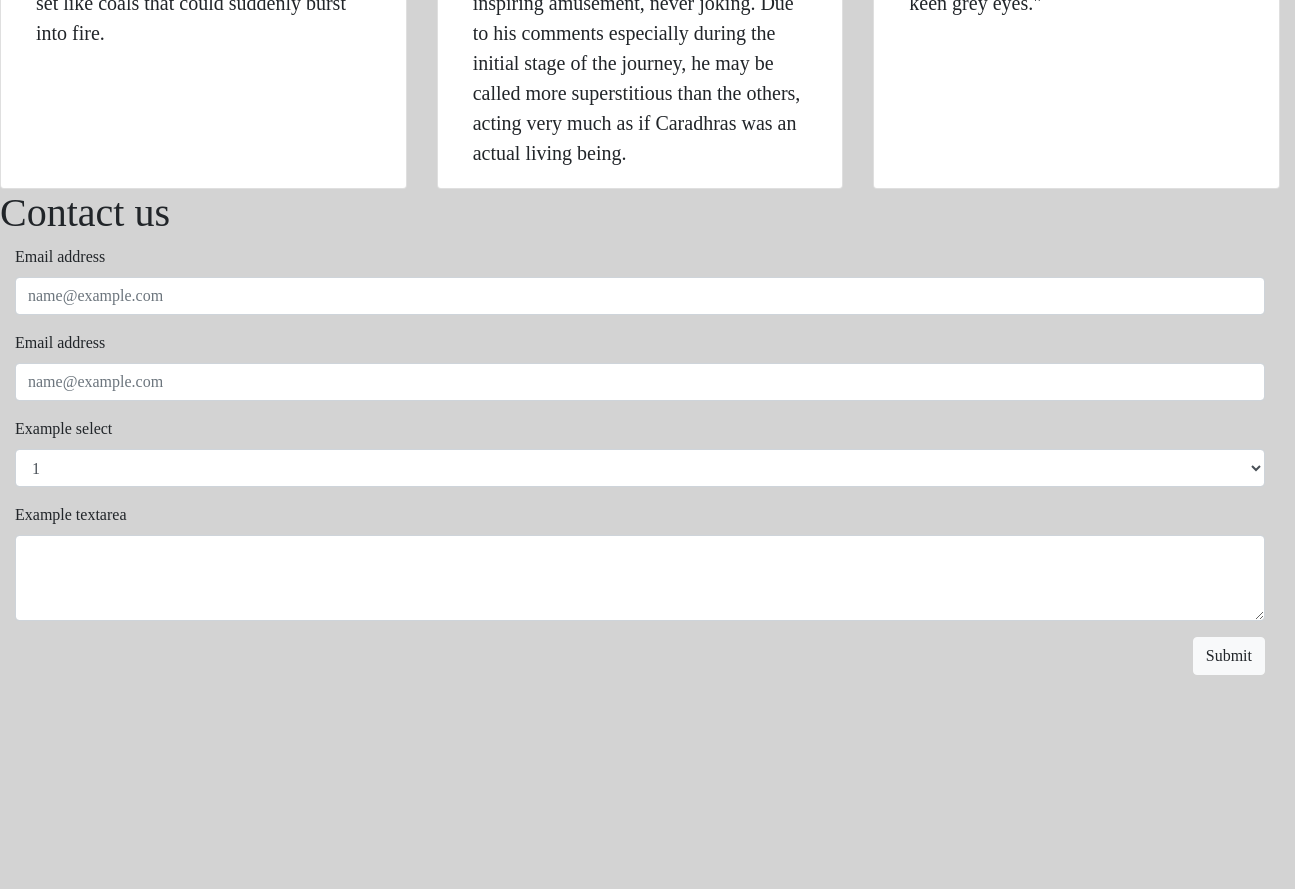
Repository: Khaleddwm/FindThePrecious
Page: index.html
The author's editor kept a copy of each file at every save. The page is drawn from the files as they stood at one save, then again after the next save.
The browser window is 1280 px wide. The page is 1295 px wide, so the pictures cover 1295 px, including what lies to the right of the window. The pictures show the part of the page from y = 1671 to 2595 px (the page is 2560 px tall before and 2610 px after).
Some web fonts or font styles are not loaded; a fallback is used.

Above is the page before, as saved 2020-05-24 21:43:41.

### index.html
<!DOCTYPE html>
<html lang="en">
<head>
    <meta charset="UTF-8">
    <meta name="viewport" content="width=device-width, initial-scale=1.0">
    <title>FindThePrecious</title>
    <link href="https://fonts.googleapis.com/css2?family=Bad+Script&display=swap" rel="stylesheet">
    <!-- CSS only -->
    <link rel="stylesheet" href="https://stackpath.bootstrapcdn.com/bootstrap/4.5.0/css/bootstrap.min.css" integrity="sha384-9aIt2nRpC12Uk9gS9baDl411NQApFmC26EwAOH8WgZl5MYYxFfc+NcPb1dKGj7Sk" crossorigin="anonymous">
    <link rel="stylesheet" href="style.css">
    <!-- JS, Popper.js, and jQuery -->
    <script src="https://code.jquery.com/jquery-3.5.1.slim.min.js" integrity="sha384-DfXdz2htPH0lsSSs5nCTpuj/zy4C+OGpamoFVy38MVBnE+IbbVYUew+OrCXaRkfj" crossorigin="anonymous"></script>
    <script src="https://cdn.jsdelivr.net/npm/popper.js@1.16.0/dist/umd/popper.min.js" integrity="sha384-Q6E9RHvbIyZFJoft+2mJbHaEWldlvI9IOYy5n3zV9zzTtmI3UksdQRVvoxMfooAo" crossorigin="anonymous"></script>
    <script src="https://stackpath.bootstrapcdn.com/bootstrap/4.5.0/js/bootstrap.min.js" integrity="sha384-OgVRvuATP1z7JjHLkuOU7Xw704+h835Lr+6QL9UvYjZE3Ipu6Tp75j7Bh/kR0JKI" crossorigin="anonymous"></script>
</head>
<body>
    <nav class="navbar navbar-expand-sm navbar-dark bg-dark">
        <a href"index.html" class="titleNav navbar-brand">FindThePrecious.com</a>
        <button class="navbar-toggler" data-toggle="collapse" data-target="#navbarMenu">
            <span class="navbar-toggler-icon"></span>
        </button>
        <div class="collapse navbar-collapse" id="navbarMenu">
            <ul class="navbar-nav">
                <li class="nav-item">
                    <a href="#" class="nav-link">Fellows</a>
                </li>
                <li>
                    <a href="#" class="nav-link">Contact us</a>
                </li>
            </ul>
        </div>
    </nav>
    <div id="carouselControls" class="carousel slide" data-ride="carousel">
        <div class="carousel-inner">
            <div class="carousel-caption d-none d-block">
                <h1>Dangerous fellowship try to destroy the ring</h1>
                <p>Orcs, Goblins, Balrogs, protect your master Sauron !</p>
            </div>
            <div class="carousel-item active">
                <img class="d-block w-100" src="https://img.phonandroid.com/2018/04/seigneur-des-anneaux.jpg" alt="First slide">
            </div>
            <div class="carousel-item">
                <img class="d-block w-100" src="https://www.journaldugeek.com/content/uploads/2019/07/lord-of-the-rings-gollum-new-lotr-stealth-game-coming-2021-from-daedalic-entertainment-767717.jpg" alt="Second slide">
            </div>
            <div class="carousel-item">
                <img class="d-block w-100" src="https://static.fnac-static.com/multimedia/Images/FD/Comete/123445/CCP_IMG_ORIGINAL/1608701.jpg" alt="Third slide">
            </div>
        </div>
        <a class="carousel-control-prev" href="#carouselControls" role="button" data-slide="prev">
            <span class="carousel-control-prev-icon" aria-hidden="true"></span>
            <span class="sr-only">Previous</span>
        </a>
        <a class="carousel-control-next" href="#carouselControls" role="button" data-slide="next">
            <span class="carousel-control-next-icon" aria-hidden="true"></span>
            <span class="sr-only">Next</span>
        </a>
    </div>
    <div class="wanted">
        <div class="wanted-title">
            <h1>Fellows wanted dead (or alive if you want to eat them later)</h1>
        </div>
        <div class="card-deck">
            <div class="card col-xs-12 col-md-4">
                <img src="https://kr4v3n.github.io/Sauron/img/gandalf.png" class="card-img-top" alt="Gandalf">
                <div class="living card-img-overlay">
                    <h2>Reward 1000 gold coins</h2>
                </div>
                <div class="card-body">
                    <h2 class="card-title">Gandalf</h2>
                    <p class="card-text">
                        Gandalf was shorter in stature than the other two; but his long white hair,
                        his sweeping silver beard, and his broad shoulders, made him look like some wise king of ancient legend.
                        In his aged face under great snowy brows his eyes were set like coals that could suddenly burst into fire.
                    </p>
                </div>
            </div>
            <div class="card col-xs-12 col-md-4">
                <img src="https://kr4v3n.github.io/Sauron/img/gimli.png" class="card-img-top" alt="Gimli">
                <div class="dead card-img-overlay">
                    <h2>DEAD</h2>
                </div>
                <div class="card-body">
                    <h2 class="card-title">Gimli</h2>
                    <p class="card-text">
                        Gimli throughout the War showed perhaps the greatest open contempt for Sauron and his minions, save possibly Boromir.
                        He was a grim character, for the most part, laughing only occasionally and, though in a few rare situations inspiring amusement,
                        never joking. Due to his comments especially during the initial stage of the journey, he may be called more superstitious than the others,
                        acting very much as if Caradhras was an actual living being.
                    </p>
                </div>
            </div>
            <div class="card col-xs-12 col-md-4">
                <img src="https://kr4v3n.github.io/Sauron/img/aragorn.png" class="card-img-top" alt="Aragorn">
                <div class="living card-img-overlay">
                    <h2>Reward 250 gold coins</h2>
                </div>
                <div class="card-body">
                    <h2 class="card-title">Aragorn</h2>
                    <p class="card-text">
                        An artist's conception of Aragorn at The Prancing Pony Tolkien gives
                        a brief but detailed description of him in The Lord of the Rings: lean, dark, tall, with
                        "a shaggy head of dark hair flecked with grey, and in a pale stern face a pair of keen grey eyes."
                    </p>
                </div>
            </div>
        </div>
    </div>
    <div class="form">
        <h1>Contact us</h1>
        <form class="container-fluid">
            <div class="form-group">
                <label for="email">Email address</label>
                <input type="email" class="form-control" id="email" placeholder="name@example.com">
            </div>
            <div class="form-group">
                <label for="email">Email address</label>
                <input type="email" class="form-control" id="email" placeholder="name@example.com">
            </div>
            <div class="form-group">
                <label for="select">Example select</label>
                <select class="form-control" id="select">
                    <option>1</option>
                    <option>2</option>
                    <option>3</option>
                    <option>4</option>
                    <option>5</option>
                </select>
            </div>
            <div class="form-group">
                <label for="textarea">Example textarea</label>
                <textarea class="form-control" id="textarea" rows="3"></textarea>
            </div>
            <div class="form-group">
                <button type="submit" class="btn btn-light" id="submit">Submit</button>
            </div>
        </form>
    </div>
</body>
</html>

### style.css
body {
    font-family: 'Bad Script', cursive;
    background-color: lightgrey;
    margin-bottom: 100px;
}

#navbarMenu, .titleNav {
    font-size: 30px;
}

.navbar {
    overflow: hidden;
    position: fixed; /* Set the navbar to fixed position */
    top: 0; /* Position the navbar at the top of the page */
    width: 100%; /* Full width */
    z-index: 1000;
}

/* Change background on mouse-over */
#navbarMenu a:hover {
    background: lightgray;
    color: black;
}

#carouselControls {
    margin-top: 60px;
}

p {
    font-size: 20px;
}

img {
    width: auto;
    height: 600px;
}

.wanted-title {
    text-align: center;
    margin: 50px;
}
/* hover for living */
.living h2 {
    background-color: lightgray;
}

.living {
    opacity: 0;
}

.living:hover {
    opacity: 1;
    text-align: center;
}

/* hover for dead */
.dead {
    opacity: 0;
}

.dead:hover {
    opacity: 1;
    text-align: center;
    background-color: lightgray;
}

button {
    float: right;
}

.form-group {

}

After the next save:
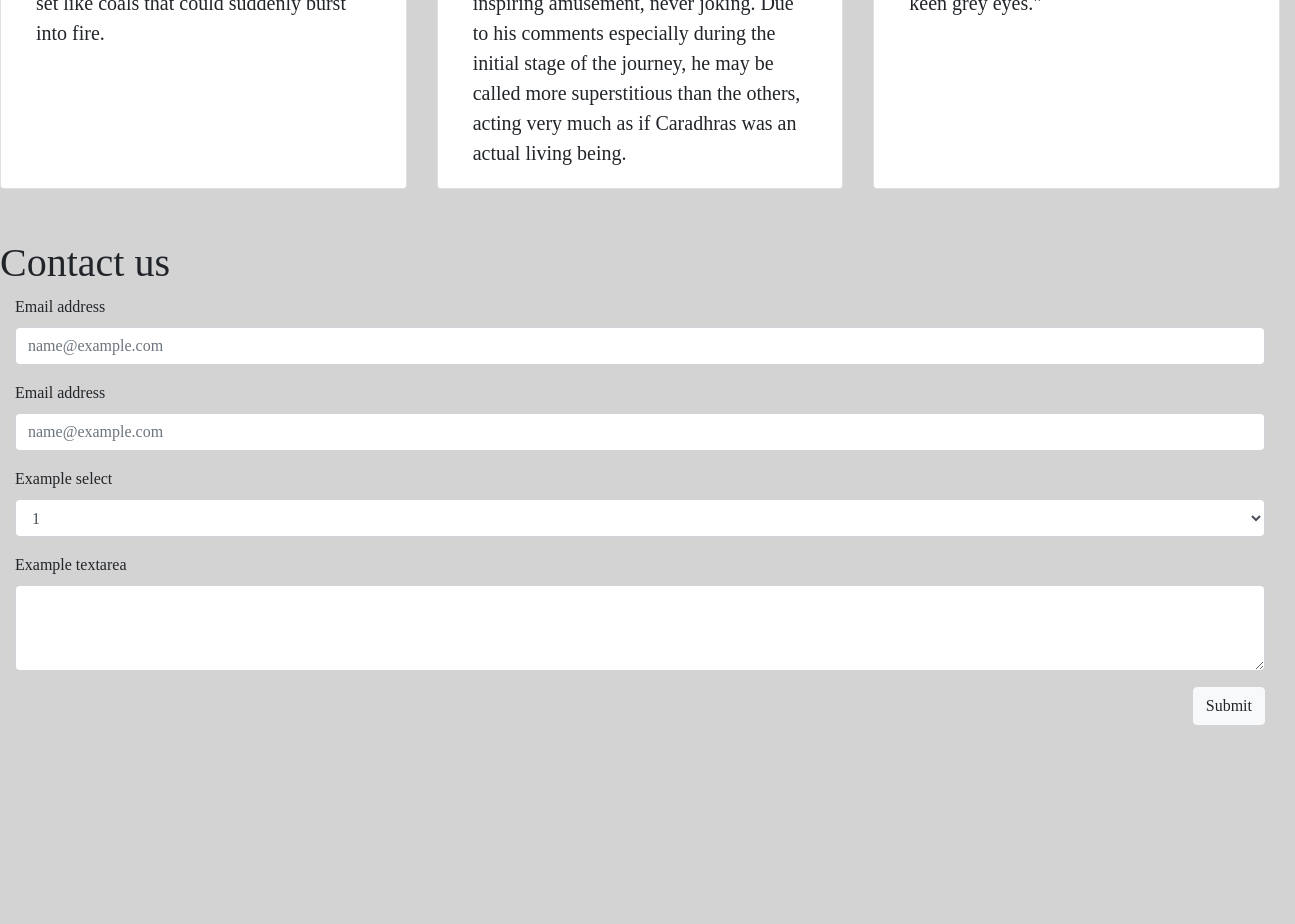
Saved 37 s later.
--- a/style.css
+++ b/style.css
@@ -68,6 +68,6 @@ button {
     float: right;
 }
 
-.form-group {
-
+.form {
+    margin-top: 50px;
 }
